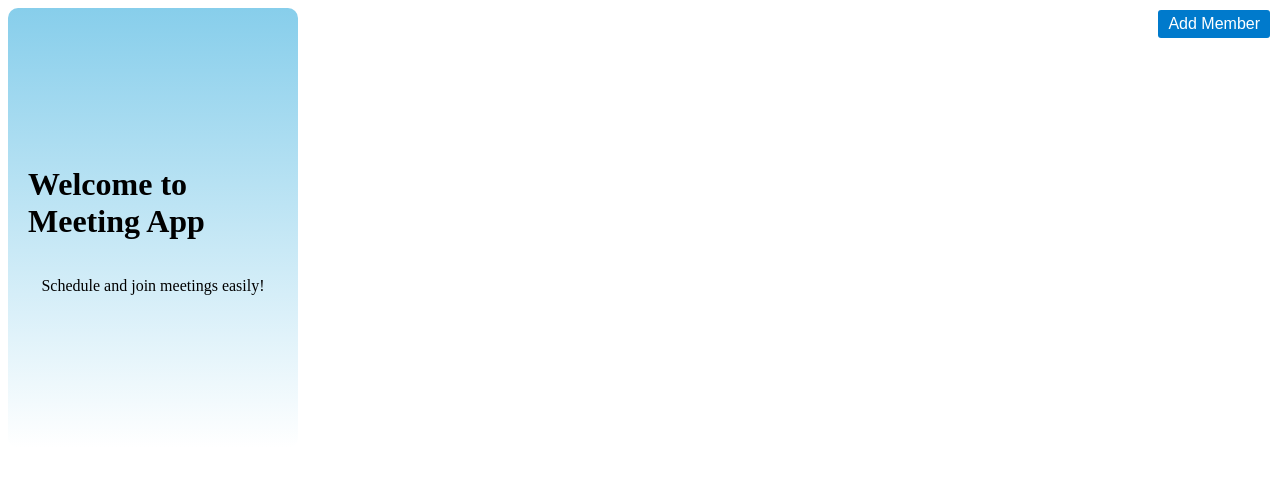
Repository: alexanderneal/meetingApp
Page: meetingApp copia/popup.html
These files come from the project's save history. The page is drawn as it stood at one moment and after the next save; the edit follows.
The browser window is 1280 px wide. The pictures show the whole page.
Some web fonts or font styles are not loaded; a fallback is used.

Above is the page before, as saved 2023-04-21 11:06:43.

After the next save:
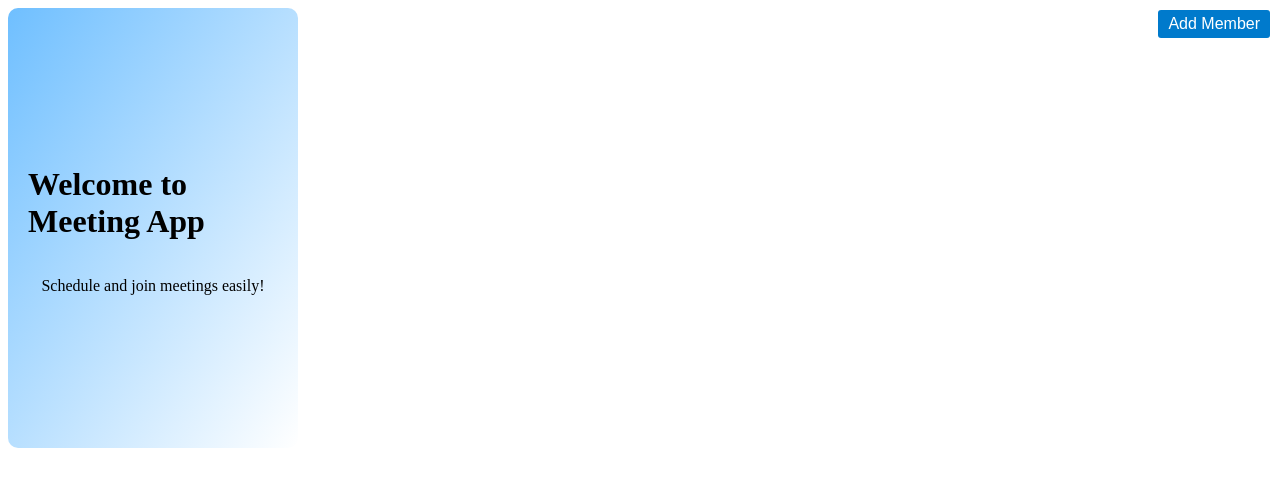
Saved 98 s later.
--- a/meetingApp copia/popup.css
+++ b/meetingApp copia/popup.css
@@ -6,7 +6,7 @@
     flex-direction: column;
     justify-content: center;
     align-items: center;
-    background: linear-gradient(to bottom, #87CEEB, #FFFFFF);
+    background: linear-gradient(to bottom right, #6fbfff, #ffffff);
     border-radius: 10px;
   }
 
